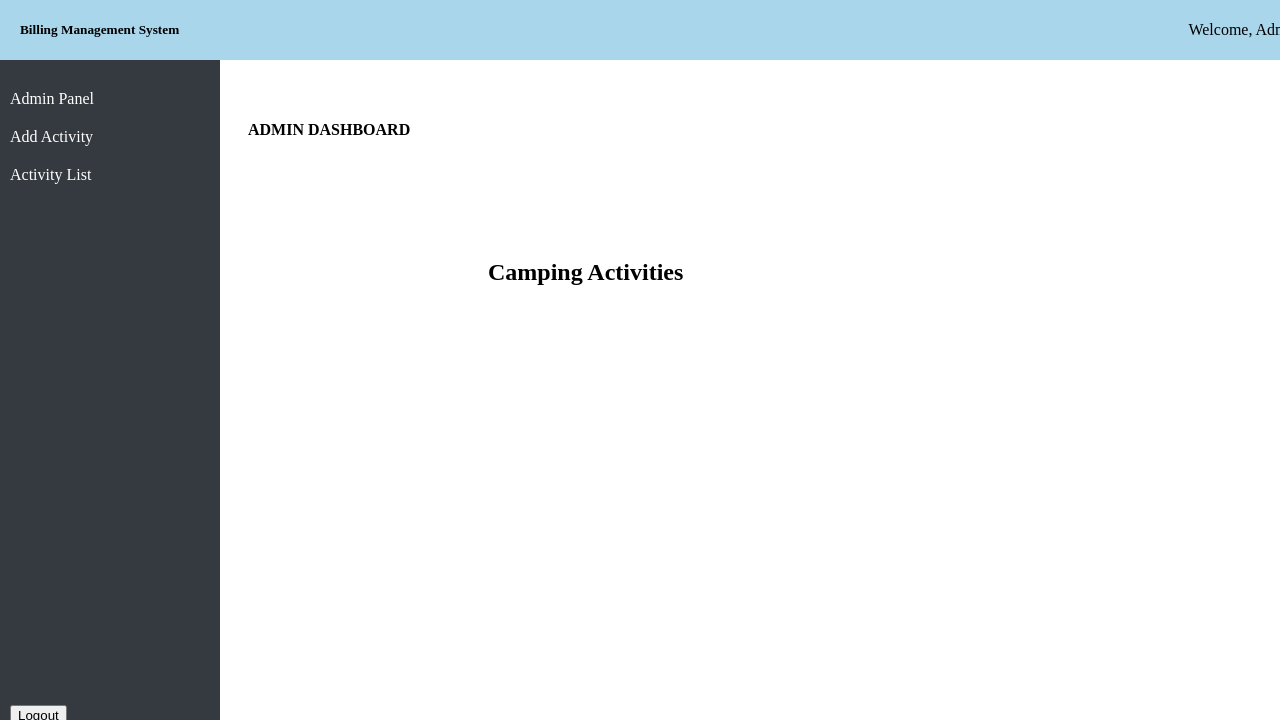
Repository: ruturajsurwase/Thymleaf-Projects
Page: http://localhost/ActivityList
These files come from the project's save history. The page is drawn as it stood at one moment and after the next save; the edit follows.
The browser window is 1280 px wide. The pictures show the whole page.
The page is this project's Thymeleaf template; nobody is signed in. The template is opened directly, without the code that normally fills it, so the values that code supplies are empty.

Above is the page before, as saved 2024-12-12 09:08:43.

### WEEKENDFEELS/src/main/resources/templates/ActivityList.html
<!DOCTYPE html>
<html xmlns:th="http://www.thymeleaf.org">
<head>
    <title>Camping Activities</title>
  <style>
.container {
	margin-top: 30px;
}

.topbar {
	width: 100%;
	height: 60px;
	background-color: #aad6ec;
	color: black;
	position: fixed;
	top: 0;
	left: 0;
	z-index: 1000;
	display: flex;
	align-items: center;
	justify-content: space-between;
	padding: 0 20px;
}

.sidebar {
	height: 100vh;
	position: fixed;
	left: 0;
	top: 60px;
	background-color: #343a40;
	color: white;
	padding-top: 20px;
	width: 220px;
}

.sidebar a {
	color: white;
	display: block;
	padding: 10px;
	text-decoration: none;
	font-size: 16px;
}

.sidebar a:hover {
	background-color: #81b1ce;
}

.content {
	margin-left: 220px;
	margin-top: 80px;
	padding: 20px;
}

.table th, .table td {
	vertical-align: middle;
}

.logout-btn {
	position: absolute;
	bottom: 74px;
	width: 90%;
	left: 10px;
}

</style>
</head>
<body>
    	<!-- Topbar -->
	<div class="topbar">
		<div class="logo">
			<h5> Billing Management System</h5>
		</div>
		<div class="user-info">
			<span>Welcome, Admin</span>
		</div>
	</div>

	<!-- Sidebar -->
<div class="sidebar">

        <a href="/" class="btn btn-primary btn-block mb-3">Admin Panel</a>

		<a href="/add" 	class="btn btn-primary btn-block mb-3">Add Activity</a>

		<a href="/listActivities" 	class="btn btn-primary btn-block mb-3">Activity List</a>

	  <!--   <a href="/new" 	class="btn btn-primary btn-block mb-3">Create invoice</a>

	    <a href="/invoices" 	class="btn btn-primary btn-block mb-3">All Invoices</a>

        <a href="/products/stock" class="btn btn-primary btn-block mb-3">Stock Management</a>

        <a href="/billing-report-filters" class="btn btn-primary btn-block mb-3">Billing Report</a>

       <a href="/client-report-filters" class="btn btn-primary btn-block mb-3">Client Report</a> -->

		<!-- Logout Button -->
    <form th:action="@{/logout}" method="post" class="logout-btn">
        <button type="submit" class="btn btn-danger btn-block">Logout</button>
    </form>


</div>

	<!-- Main Content -->
	<div class="content">
		<h4 class="text-center">ADMIN DASHBOARD</h4>


        <div class="content">
            <h2>Camping Activities</h2>
            <div th:each="activity : ${activities}" class="activity">
                <img th:src="${activity.imageUrl}" alt="Activity Image" width="200"/>
                <div class="activity-details">
                    <h3 th:text="${activity.name}"></h3>
                    <p>Early Bird Offer: <span th:text="${activity.earlyBirdOffer}"></span></p>
                    <p>New Year Special: <span th:text="${activity.newYearSpecial}"></span></p>
                    <p>Original Price: <span th:text="${activity.originalPrice}"></span></p>
                    <p>Offer Price: <span th:text="${activity.offerPrice}"></span></p>
                    <p>Lock Price: <span th:text="${activity.lockPrice}"></span></p>
                    <p>Check-In: <span th:text="${activity.checkInTime}"></span></p>
                    <p>Check-Out: <span th:text="${activity.checkOutTime}"></span></p>
                </div>
                <div class="activity-actions">
                    <a th:href="@{/edit/{id}(id=${activity.id})}"><button class="btn-update">Update</button></a>
                    <a th:href="@{/delete/{id}(id=${activity.id})}" onclick="return confirm('Are you sure you want to delete this activity?');">
                        <button class="btn-delete">Delete</button>
                    </a>
                </div>
            </div>
        </div>
    </div>
</body>
</html>

After the next save:
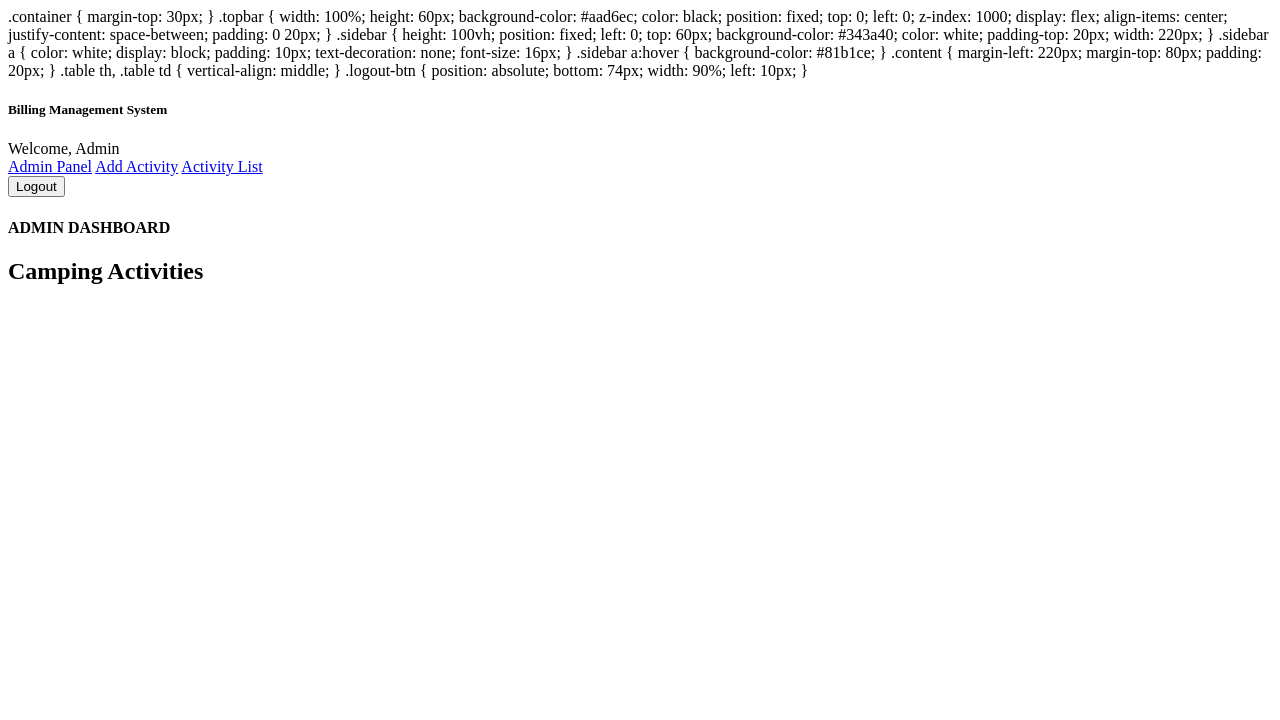
Saved 94 s later.
--- a/WEEKENDFEELS/src/main/resources/templates/ActivityList.html
+++ b/WEEKENDFEELS/src/main/resources/templates/ActivityList.html
@@ -2,8 +2,7 @@
 <html xmlns:th="http://www.thymeleaf.org">
 <head>
     <title>Camping Activities</title>
-  <style>
-.container {
+ .container {
 	margin-top: 30px;
 }
 
@@ -62,6 +61,7 @@
 	left: 10px;
 }
 
+</style>
 </style>
 </head>
 <body>

After the 2 saves that followed:
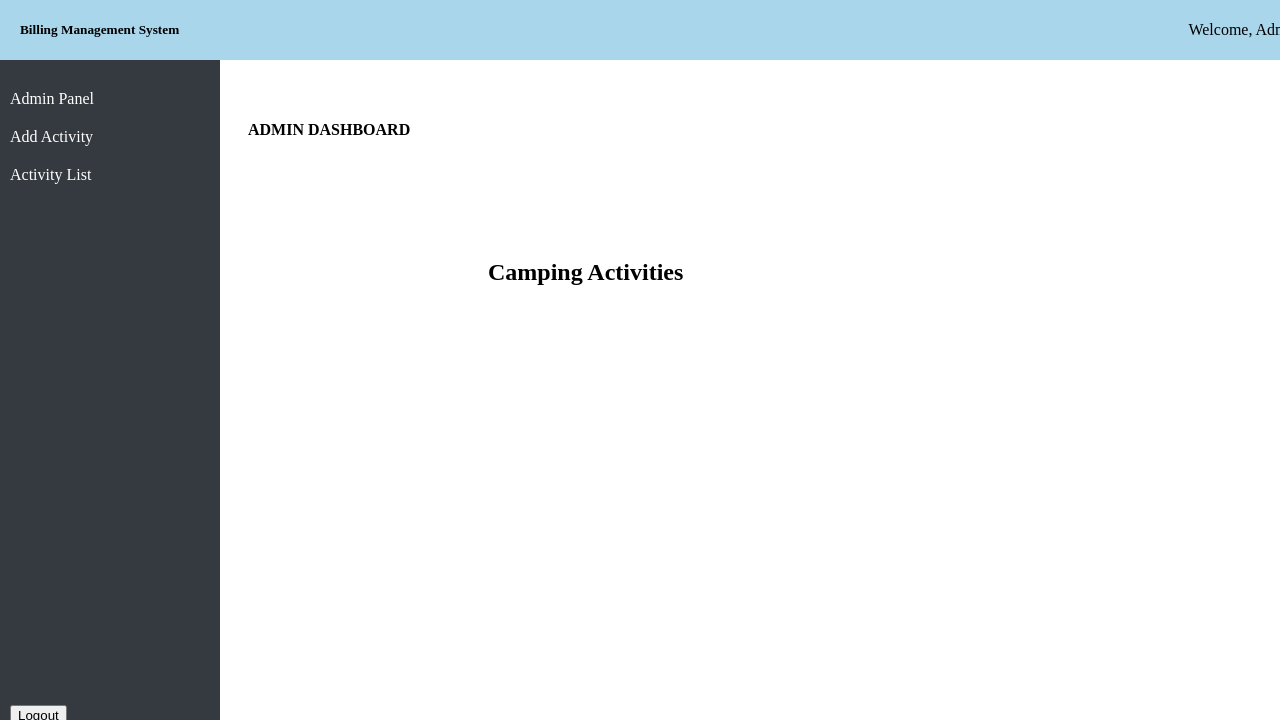
The 2 saves are shown as one change because 1 left the picture as it was.
The last was saved 24 s later.
--- a/WEEKENDFEELS/src/main/resources/templates/ActivityList.html
+++ b/WEEKENDFEELS/src/main/resources/templates/ActivityList.html
@@ -2,6 +2,8 @@
 <html xmlns:th="http://www.thymeleaf.org">
 <head>
     <title>Camping Activities</title>
+
+ <style>
  .container {
 	margin-top: 30px;
 }
@@ -62,7 +64,7 @@
 }
 
 </style>
-</style>
+
 </head>
 <body>
     	<!-- Topbar -->
